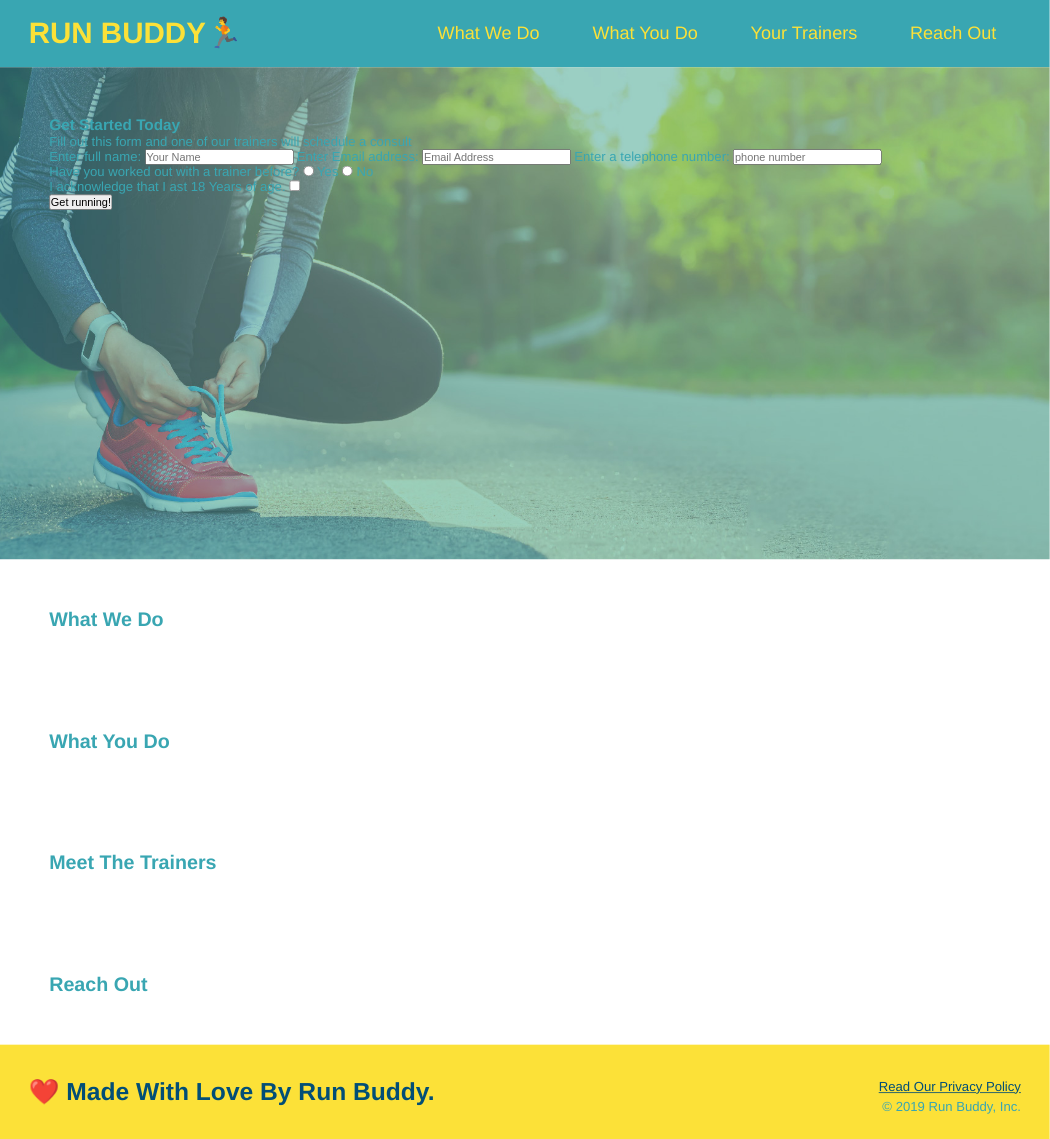
Repository: pilar122/run-buddy
Page: index.html
These files come from the project's save history. The page is drawn as it stood at one moment and after the next save; the edit follows.
The browser window is 1280 px wide. The pictures show the whole page, at 82% of full size.

Above is the page before, as saved 2023-01-21 13:53:24.

### index.html
<!DOCTYPE html>
<html lang="en">
    <head>
        <meta charset="UTF-8"/>
        <title>Run Buddy</title>
        <link rel="stylesheet" href="./assets/css/style.css" />
    </head>
    <body>
        <!-- navigation -->
        <header>
            <h1>
                <a href="/"> RUN BUDDY🏃</a>
            </h1>
            <nav>
                <ul><!--Unordered list element-->
                    <li> <!--List item element-->
                        <a href="#what-we-do">What We Do</a> <!--Anchor Element-->
                    </li>
                    <li>
                        <a href="#what-you-do">What You Do</a>
                    </li>
                    <li>
                        <a href="#your-trainers">Your Trainers</a>
                    </li>
                    <li>
                        <a href="#reach-out">Reach Out</a>
                    </li>
                </ul>
            </nav>
        </header>

        <!--hero/jumbotron-->
        <section class="hero">
            <div class="hero-form">
                <h3>Get Started Today</h3>
                <p>Fill out this form and one of our trainers will schedule a consult</p>
                <!--form element-->
                <form>
                    <!--form input-->
                    <label for="name">Enter full name:</label>
                    <input type="text" placeholder="Your Name" name="name" id="name"/>
                    <label for="email">Enter Email address:</label>
                    <input type="email" placeholder="Email Address" name="email" id="email"/>
                    <label for="phone">Enter a telephone number:</label>
                    <input type="tel" placeholder="phone number" name="phone" id="phone"/>
                    <!--button for selection-->
                    <p>
                        Have you worked out with a trainer before?
                        <input type="radio" name="trainer-confirm" id="trainer-yes"/>
                        <label for="trainer-yes">Yes</label>
                        <input type="radio" name="trainer-confirm" id="trainer-no"/>
                        <label for="trainer-no">No</label>
                    </p>
                    <p>
                        <label for="checkbox">
                        I acknowledge that I ast 18 Years of age.
                        </label>
                        <input type="checkbox" name="age-confirm" id="checkbox"/>
                    </p>
                    <!--the submit button-->
                    <button type="submit">
                        Get running!
                    </button>
                </form>
            </div>
        </section>
        <!--end hero-->

        <!--"what we do" section-->
        <section>
            <h2>What We Do</h2>
        </section>

        <!--"What You Do" section-->
        <section>
            <h2>What You Do</h2>
        </section>

        <!--"Meet The Trainers" section-->
        <section>
            <h2>Meet The Trainers</h2>
        </section>

        <!--"Reach Out" section-->
        <section>
            <h2>Reach Out</h2>
        </section>

        <!--Footer-->
        <footer>
            <h2>❤️ Made With Love By Run Buddy.</h2>
            <div>
                <a href="#">Read Our Privacy Policy</a><br />
                &copy; 2019 Run Buddy, Inc.
            </div>
        </footer>
    </body>
</html>

### assets/css/style.css
/*This is to remove the default browser enforced styled*/
* {
    margin: 0;
    padding: 0;
    box-sizing: border-box;
}

body {
    /*This changes the elements in the body*/
    color: #39a6b2;
    font-family: Helvetica, Arial, sans-serif;
}

/*Applying style to the header*/
header {
    padding: 20px 35px;
    background-color: #39a6b2;
}

header h1 {
    font-weight: bold;
    font-size: 36px;
    color: #fce138;
    margin: 0;
    display: inline; /*This moved the nav on the right hand side up*/
}

header a {
    text-decoration: none;
    color: #fce138;
}

header nav {
    float: right;
    margin: 7px 0;
}

header nav ul li {
    display: inline; /*horizontally in a row*/
}

header nav ul li a {
    margin: 0 30px;
    font-weight: lighter;
    font-size: 22px;
}

footer {
    background: #fce138;
    width: 100%;
    padding: 40px 35px;
}

footer h2 {
    display: inline;
    color: #024e76;
    font-size: 30px;
    margin: 0;
}

footer div {
    float: right;
    line-height: 1.5;
    text-align: right;
}

footer a {
    color: #024e76;
}

section {
    padding: 60px;
}
/*Hero style start*/
.hero {
    background-image: url("../images/hero-bg.jpeg");
    height: 600px;
    background-size: cover;
    background-position: center;
}
/*hero style end*/

After the next save:
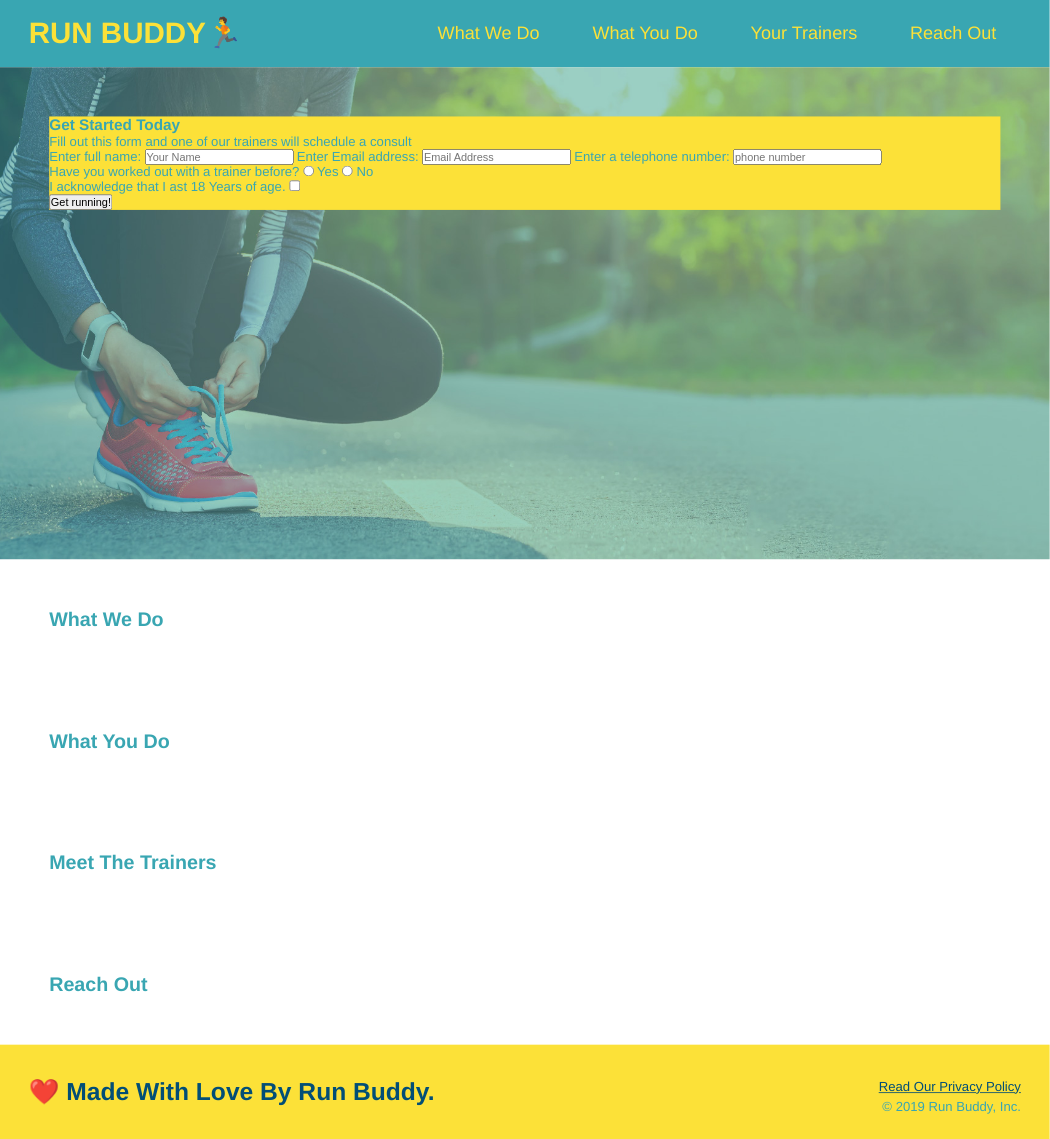
Saved 80 s later.
--- a/assets/css/style.css
+++ b/assets/css/style.css
@@ -79,3 +79,8 @@ section {
     background-position: center;
 }
 /*hero style end*/
+
+.hero-form {
+    background-color: #fce138;
+
+}
